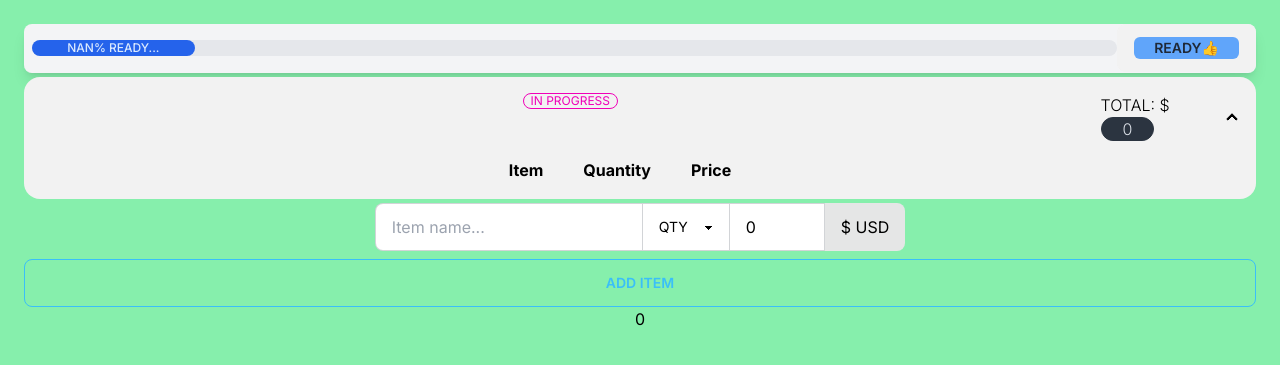
Repository: bitepay/bitepay-xyz
Page: /table
The author's editor kept a copy of each file at every save. The page is drawn from the files as they stood at one save, then again after the next save.
The browser window is 1280 px wide. The pictures show the whole page.
The page's requests for data from a server got no answer. The project was rebuilt for these pictures with package versions that can differ from the ones it lists, and the page was loaded fresh each time. The framework's server and built-in components were replaced by stand-ins that run in the browser. No one was signed in, and anything a server would have sent is missing. Also part of the build but not shown: next.config.js.

Above is the page before, as saved 2023-06-27 08:26:10.

### src/pages/_app.js
import '@/styles/globals.css';
import { UserSocketProvider } from '@/context/UserSocketContext';

export default function App({ Component, pageProps }) {
  return (
    <UserSocketProvider>
      <Component {...pageProps} />
    </UserSocketProvider>
  )
}

### src/pages/table.js

// import Image from 'next/image'
import Head from "next/head"
// import Link from "next/link"
import { Inter } from 'next/font/google'

import { useUserSocketContext } from '@/context/UserSocketContext'

import { AddItemInput } from '@/components/AddItemInput'
import { ProgressBar } from '@/components/ProgressBar'
import { UserBill } from '@/components/UserBill'
import { MembersBill } from '@/components/MembersBill'

const inter = Inter({ subsets: ['latin'] })

export default function Table() {

  const { socket, user, tableMembers } = useUserSocketContext();

  if (user.tableID !== 0) {
    socket.emit('joinTable', user)
  }

  const handleUserDelete = (user, payload) => {
    socket.emit('userDeleteItem', {user, payload})
  };

  const handleUserUpdate = (user, payload) => {
    socket.emit('userUpdate', {user, payload})
  };

  const userUpdateStatus = (user) => {
    if (user.status === 'PROCESSING') {
      socket.emit('userUpdateStatus', { ...user, status: 'READY' })
    } else {
      socket.emit('userUpdateStatus', { ...user, status: 'PROCESSING' })
    }
  }

  return (
    <>
      <Head>
        <title>BitePay - Table</title>
        <meta name="description" content="The fastest and easiest way to divvy up the dining bill between your friends."></meta>
      </Head>

      <main className={`flex min-h-screen flex-col items-center p-6 ${inter.className} bg-green-300`} >

        <ProgressBar user={user} tableMembers={tableMembers} userUpdateStatus={userUpdateStatus} />
        <UserBill user={user} handleUserDelete={handleUserDelete} />
        <AddItemInput user={user} handleUserUpdate={handleUserUpdate} />
        <MembersBill tableMembers={tableMembers} userId={user.id}/>

      </main>
    </>
  )
}

### src/context/UserSocketContext.js
'use client';
import React, { createContext, useEffect, useState, useContext } from 'react'
import { io } from 'socket.io-client'


// Create a new context
const UserSocketContext = createContext({});

// Custom context provider component
export const UserSocketProvider = ({ children }) => {

  const [socket, setSocket] = useState(null);

  const [user, setUser] = useState({
    id: '',
    username: '',
    tableID: 0,
    myItems: [],
    tip: 15,
    total: 0,
    status: 'PROCESSING',
  });

  const [tableMembers, setTableMembers] = useState([]);

  // Establish the Socket.IO connection when the component mounts
  useEffect(() => {

    const socket = io('https://bitepay.xyz');
    setSocket(socket);

    socket.on('connect', () => {
      console.log('Successfully connected to the ws server!')
    })

    // set user id to the websocket id
    socket.on('setId', (data) => setUser((prevUser) => {
      prevUser.id = data
      return prevUser;
    }));

    // listen to events from ws server regarding members of the table
    socket.on('tableMembers', (data) => setTableMembers((prevTableMembers) => { return [...data.slice()] }));

    // listen to events from ws server regarding updates to tableMembers
    socket.on('tableMemberUpdate', (data) => {

      if (data.id === user.id) {
        setUser((prevUser) => {
          prevUser.myItems = data.myItems;
          prevUser.tip = data.tip;
          prevUser.total = data.total;
          prevUser.status = data.status;
          return prevUser;
        })
      }

      setTableMembers((prevTableMembers) => {
        return prevTableMembers.map((member) => {
          if (member.id === data.id) {
            member.myItems = data.myItems
            member.tip = data.tip
            member.total = data.total
            member.status = data.status
            return member
          } else {
            return member
          }
        })
      })
    });

    // listen to events from ws server regarding members leaving the table
    socket.on('userLeft', (data) => {
      setTableMembers((prevTableMembers) => {
        return prevTableMembers.filter((member) => {
          return member.id !== data.id
        })
      })
    });

    socket.on('disconnect', () => {
      console.log('Disconnected from the ws server!');
    });

    // Clean up the socket connection when the component unmounts
    return () => {
      socket.off('connect');
      socket.off('setId');
      socket.off('tableMembers');
      socket.off('tableMemberUpdate');
      socket.off('userLeft');
      socket.disconnect();
    };
  }, [user.id]);

  // Provide the socket object to the child components
  return (
    <UserSocketContext.Provider value={{socket, user, setUser, tableMembers, setTableMembers}}>
      {children}
    </UserSocketContext.Provider>
  );
};

// Export the SocketContext
export default UserSocketContext;

// Export a custom hook that can be used to consume this context
export const useUserSocketContext = () => useContext(UserSocketContext);

### src/components/AddItemInput.jsx
import { useState } from 'react';

export const AddItemInput = ({ handleUserUpdate, user }) => {
	const [itemName, setItemName] = useState('');
	const [itemPrice, setItemPrice] = useState(0);
	const [itemQuantity, setItemQuantity] = useState(0);

	const handleClick = (e)=> {
			e.preventDefault();
			if (itemQuantity === 0) {
					alert("Don't forget to add quantity!");
			}
			else if (itemPrice <= 0) {
					alert("Please don't forget to add your item's price!");
			}
			else if (itemName != "" && itemPrice > 0 && itemQuantity > 0) {
					const itemID = Math.ceil(Math.random()*1000000000);
					const payload = {itemID, itemName, itemPrice, itemQuantity};
					handleUserUpdate(user, payload);
					setItemName('');
					setItemPrice(0);
			} else {
					alert("Please fill out all fields");
			}
	}

	return (
		<>
			<div className="join mx-auto">

				<div>
					<input className="input input-bordered join-item max-w-34" placeholder="Item name..." value={itemName} onChange={(e) => {setItemName(e.target.value)}}/>
				</div>


				<select className="select select-bordered join-item" value={itemQuantity} onChange={(e) => setItemQuantity(e.target.value)}>
					<option disabled value={0}>QTY</option>
					<option value={1/4}>
							1/4
					</option>
					<option value={1/3}>
							1/3
					</option>
					<option value={1/2}>
							1/2
					</option>
					<option value={1}>
							1
					</option>
					<option value={2}>
							2
					</option>
					<option value={3}>
							3
					</option>
					<option value={4}>
							4
					</option>
				</select>

				<div>
					<label className="input-group">
						<input className="input input-bordered join-item w-24" placeholder="0.00" type="number" value={itemPrice} onChange={(e) => {setItemPrice(e.target.value)}}/>
						<span className="text-center">$ USD</span>
					</label>
				</div>
			</div>
			<button class="btn btn-block btn-outline btn-info mt-2" onClick={(e) => handleClick(e) }>ADD ITEM</button>
		</>
	)
};

### src/components/ProgressBar.jsx
import { useState, useEffect } from 'react';

export const ProgressBar = ({ tableMembers, user, userUpdateStatus }) => {

  const [progress, setProgress] = useState(0);

  useEffect(() => {
    const completed = tableMembers.filter((member) => member.status === 'READY');
    const progress = Math.round(100 * ((completed.length / tableMembers.length) * 100)) / 100;
    setProgress(progress);

    console.log(`Re-render triggered from tableMember update in ProgressBar. Progress is now ${progress}%`)
  }, [tableMembers])

  const progressBar = (progress) => {
    if (progress === 100) {
      return (
          <div className="w-full bg-gray-200 rounded-full dark:bg-gray-700">
            <div className="bg-green-600 text-xs font-medium text-green-100 text-center p-0.5 leading-none rounded-full" style={{width: `${progress}%`}}> {progress}% COMPLETE! </div>
          </div>
      )
    } else {
      return (
        <div className="w-full bg-gray-200 rounded-full dark:bg-gray-700">
            <div className="bg-blue-600 text-xs font-medium text-blue-100 text-center p-0.5 leading-none rounded-full" style={{width: `${progress < 15 ? 15 : progress}%`}}> {progress}% READY... </div>
          </div>
      )
    }
  }

  const handleChange = () => {
    userUpdateStatus(user)
  }

  const toggleStatusButton = (status) => {
    return (
      <label className="btn swap swap-rotate">

        {/* this hidden checkbox controls the state */}
        <input type="checkbox" onChange={() => handleChange()} checked={user.status === 'READY'}/>

        {/* ready icon */}

        <div class="swap-on bg-red-400 p-1 rounded-md">Make changes</div>
        <div class="swap-off bg-blue-400 p-1 rounded-md">Ready👍</div>

        {/* not ready icon */}


      </label>
    )

  }



  return (

      <div className="w-full flex items-center justify-between mb-.5 mx-auto pl-2 overflow-hidden rounded-lg shadow-lg bg-gray-100 uppercase border-b border-gray-100">
          {progressBar(progress)}
        <div id="final-bill-button">
          {toggleStatusButton(user.status)}
        </div>
      </div>

  )
}

### src/components/UserBill.jsx
export const UserBill = ({ user, handleUserDelete }) => {

  const UserItem = (item) => {
    const { itemID, itemName, itemPrice, itemQuantity } = item

    return (
      <tr key={`user-item-${itemID}`}>
				<td className="px-5">{itemName}</td>
				<td className="px-5">{itemQuantity}</td>
				<td className="px-5">{itemPrice}</td>
				{/* This is where we need to add the delete button for User delete feature */}
				<td className="px-5"><button className="btn btn-outline btn-error" onClick={() => handleUserDelete(user, item)} disabled={user.status === 'READY'}>DELETE</button></td>
			</tr>
    )
  }

  return (
    <div className="collapse collapse-arrow bg-base-200 m-1">
      <input type="radio" name="my-accordion-2" defaultChecked="true"/>
      <div className="collapse-title">
        {/* This is where we need to render name, status, and total */}
        <div className="flex justify-between">
          <div className="font-medium">
            {user.username}
          </div>
          <div className={`badge badge-sm ${user.status === 'READY' ? 'badge-accent' : 'badge-secondary badge-outline'}`}>
            {user.status === 'READY' ? 'READY' : 'IN PROGRESS'}
          </div>
          <div className="font-light">
            TOTAL{': $ '}
            <div className={`badge badge-lg w-1/2 ${user.status === 'READY' ? 'badge-primary' : 'badge-neutral'}`}>
              {user.total}
            </div>
          </div>

        </div>
      </div>
      <div className="collapse-content">
        {/* This is where I need to map through user items */}
        <table className="table-auto mx-auto">
          <thead>
            <tr>
              <th className="px-5">Item</th>
              <th className="px-5">Quantity</th>
              <th className="px-5">Price</th>
              <th className="px-5"></th>
            </tr>
          </thead>
          <tbody>
            {user.myItems.map((item) => UserItem(item))}
          </tbody>
          </table>
      </div>
    </div>
  )
}

### src/components/MembersBill.jsx
export const MembersBill = ({ tableMembers, userId }) => {

  const MemberItem = (item) => {
    const { itemID, itemName, itemPrice, itemQuantity } = item

    return (
      <tr key={`member-item-${itemID}`}>
        <td className="px-5">{itemName}</td>
        <td className="px-5">{itemQuantity}</td>
        <td className="px-5">{itemPrice}</td>
        <td className="px-5">{' '}</td>
      </tr>
    )
  }

  return (
    <>
      {tableMembers.length && tableMembers.map((member) => {
        if (member.id !== userId) {
          return (
            <div key={`${member.id}-list-items`} className="collapse collapse-arrow bg-base-200 m-1">
              <input type="radio" name="my-accordion-2"/>
              <div className="collapse-title text-xl font-medium">
                {/* This is where we need to render name, status, and total */}
                {member.username}
              </div>
              <div className="collapse-content">
              <table className="table-auto mx-auto">
                <thead>
                  <tr>
                    <th className="px-5">Item</th>
                    <th className="px-5">Quantity</th>
                    <th className="px-5">Price</th>
                    <th className="px-5"></th>
                  </tr>
                </thead>
                <tbody>
                  {member.myItems?.length ? member.myItems.map((item) => MemberItem(item)) : <tr key="user-no-items"><td>No items yet</td></tr>}
                </tbody>
                </table>
              </div>
            </div>
          )
        }
      })}
    </>
  )
};

### tailwind.config.js
/** @type {import('tailwindcss').Config} */
module.exports = {
  content: [
    './src/pages/**/*.{js,ts,jsx,tsx,mdx}',
    './src/components/**/*.{js,ts,jsx,tsx,mdx}',
    './src/app/**/*.{js,ts,jsx,tsx,mdx}',
  ],
  theme: {
    extend: {
      backgroundImage: {
        'gradient-radial': 'radial-gradient(var(--tw-gradient-stops))',
        'gradient-conic':
          'conic-gradient(from 180deg at 50% 50%, var(--tw-gradient-stops))',
      },
    },
  },
  daisyui: {
    themes: [
      "light",
      "dark"
    ],
  },
  plugins: [require("daisyui")],
}

Loaded but not shown: src/pages/_document.js (common file); src/styles/globals.css (common file)

After the next save:
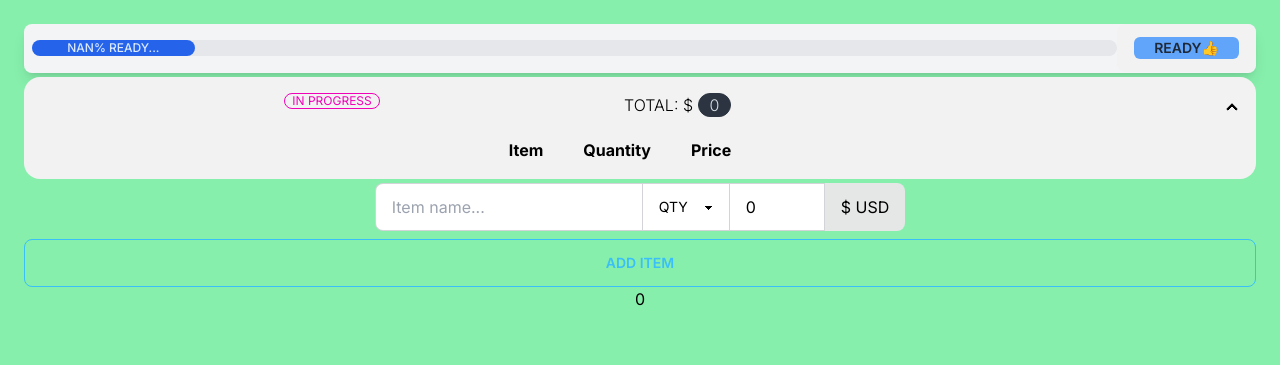
Saved 17 s later.
--- a/src/components/UserBill.jsx
+++ b/src/components/UserBill.jsx
@@ -26,9 +26,9 @@ export const UserBill = ({ user, handleUserDelete }) => {
           <div className={`badge badge-sm ${user.status === 'READY' ? 'badge-accent' : 'badge-secondary badge-outline'}`}>
             {user.status === 'READY' ? 'READY' : 'IN PROGRESS'}
           </div>
-          <div className="font-light">
+          <div className="font-light w-1/2">
             TOTAL{': $ '}
-            <div className={`badge badge-lg w-1/2 ${user.status === 'READY' ? 'badge-primary' : 'badge-neutral'}`}>
+            <div className={`badge badge-lg ${user.status === 'READY' ? 'badge-primary' : 'badge-neutral'}`}>
               {user.total}
             </div>
           </div>
